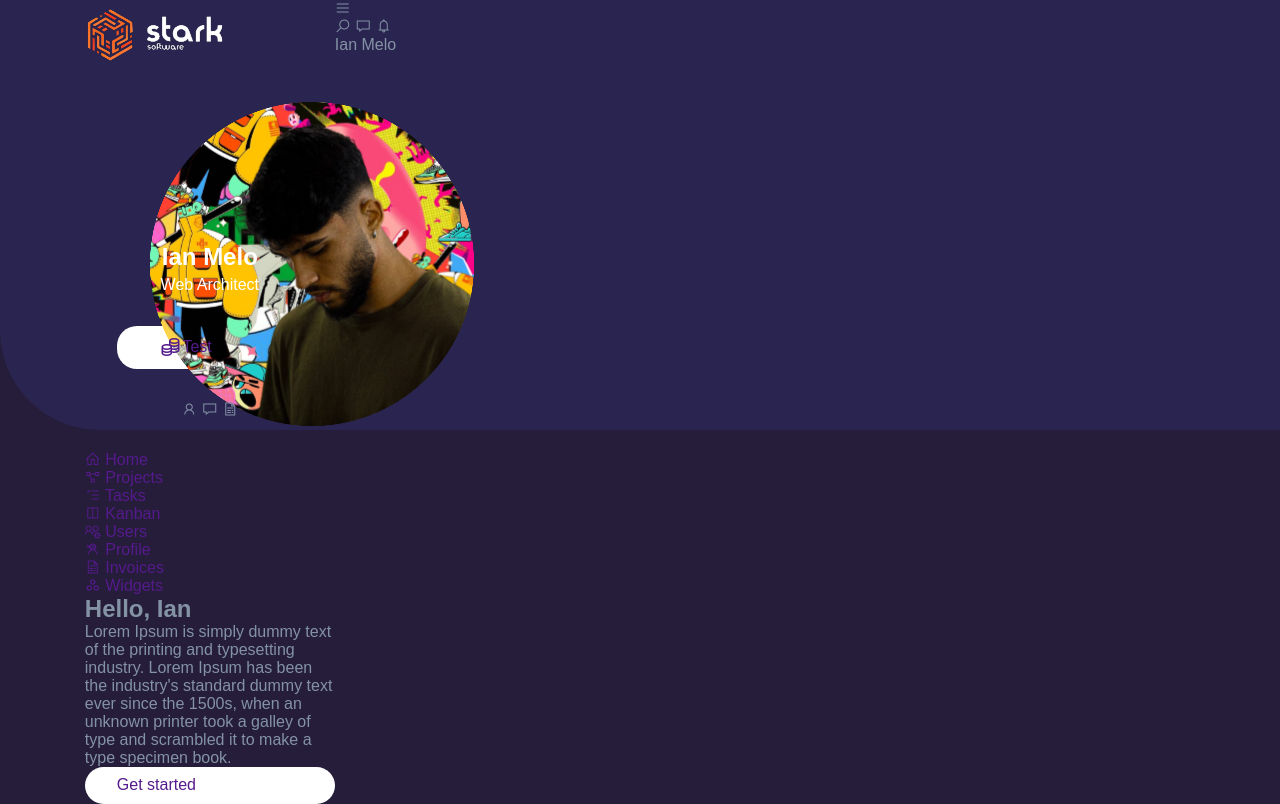
Repository: ichumbo/StarkDashboard
Page: index.html
These files come from the project's save history. The page is drawn as it stood at one moment and after the next save; the edit follows.
The browser window is 1280 px wide. The pictures show the whole page.
Pictures or frames that could not be fetched are drawn as grey boxes.

Above is the page before, as saved 2023-06-06 16:26:12.

After the next save:
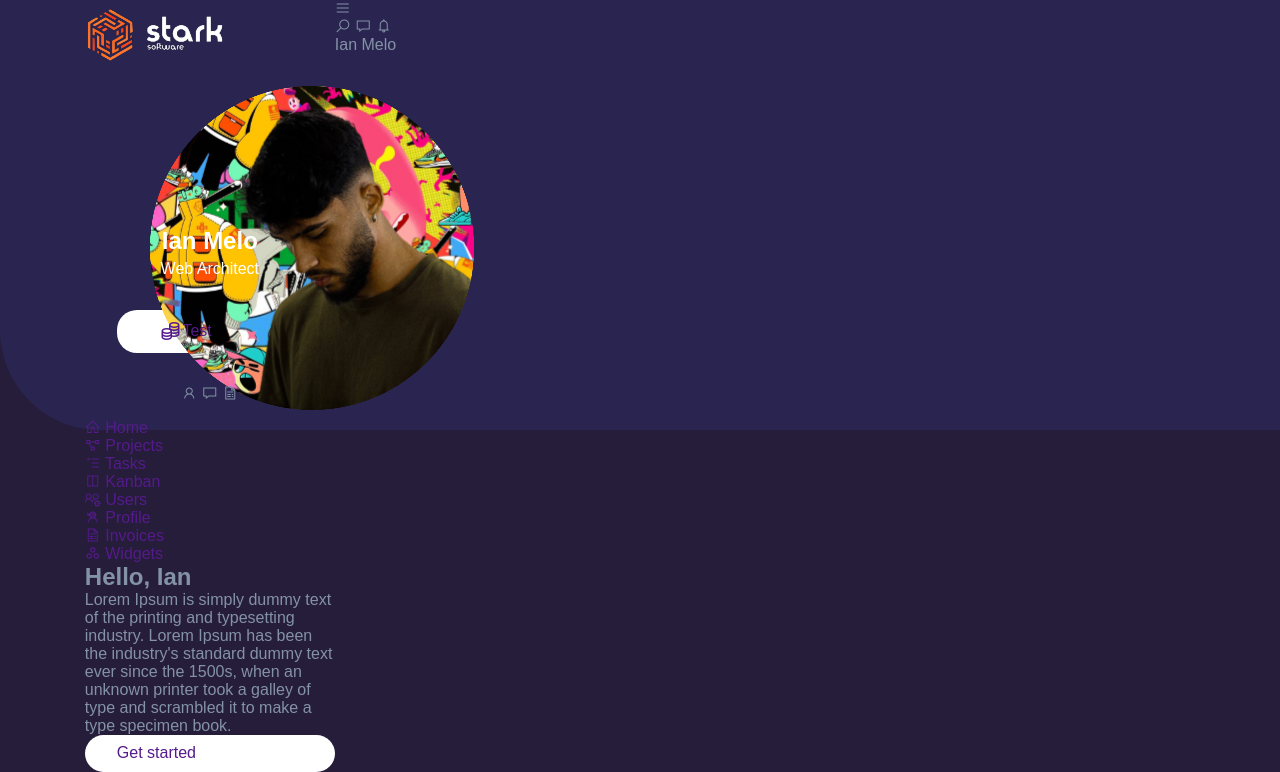
Saved 102 s later.
--- a/css/sidebar.css
+++ b/css/sidebar.css
@@ -18,7 +18,7 @@
 
 .profile-card {
     text-align: center;
-    margin: 2rem 0rem;
+    margin: 1rem 0rem;
 }
 
 .profile-img {
